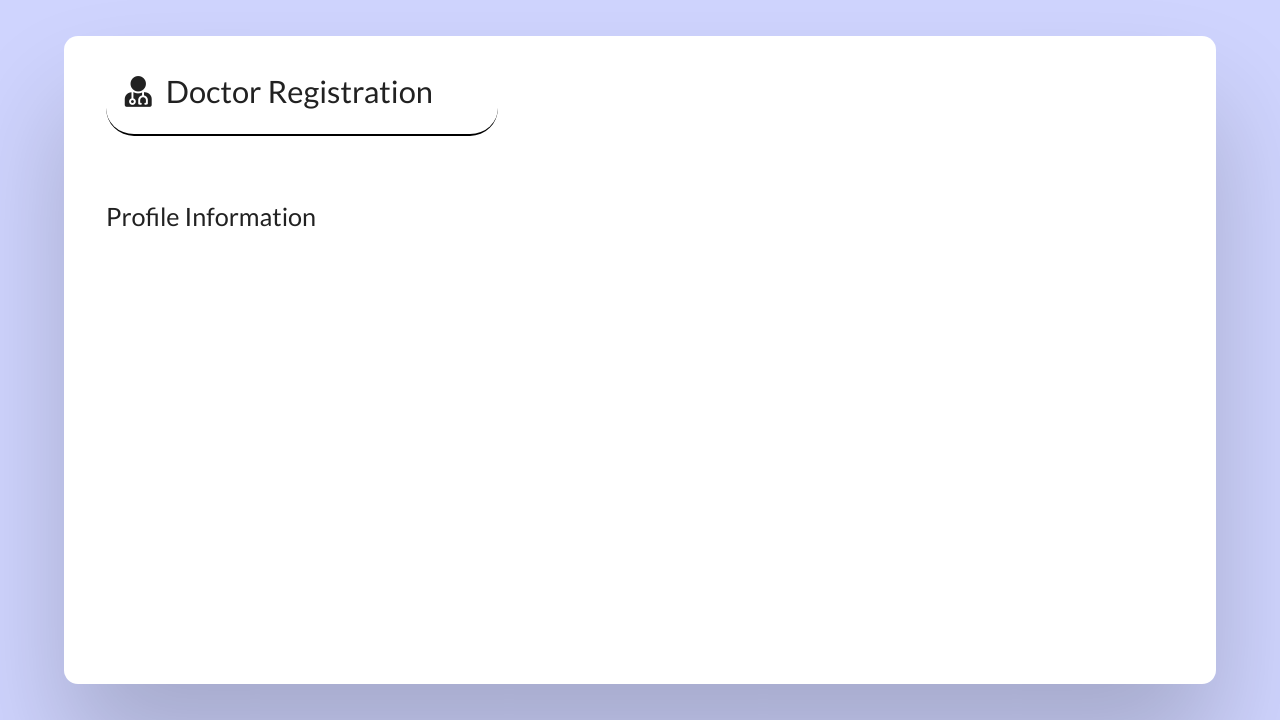
Repository: ajayaj2001/healthcare-digitization
Page: /doctorRegister
An editor plug-in stored every save of this project. The page is shown before and after the next save, followed by the edit.
The browser window is 1280 px wide. The pictures show the whole page.
The project was rebuilt for these pictures with package versions that can differ from the ones it lists, and the page was loaded fresh each time. Also part of the build but not shown: src/component/userType/UserType.scss, src/component/userType/UserType.js, src/component/login/Login.scss, src/component/login/loginForm/LoginForm.scss, src/component/login/loginForm/LoginForm.js, src/component/login/Login.js, src/component/register/Register.scss, src/component/register/registerForm/RegisterForm.scss and 2 more.

Above is the page before, as saved 2021-03-13 11:28:30.

After the next save:
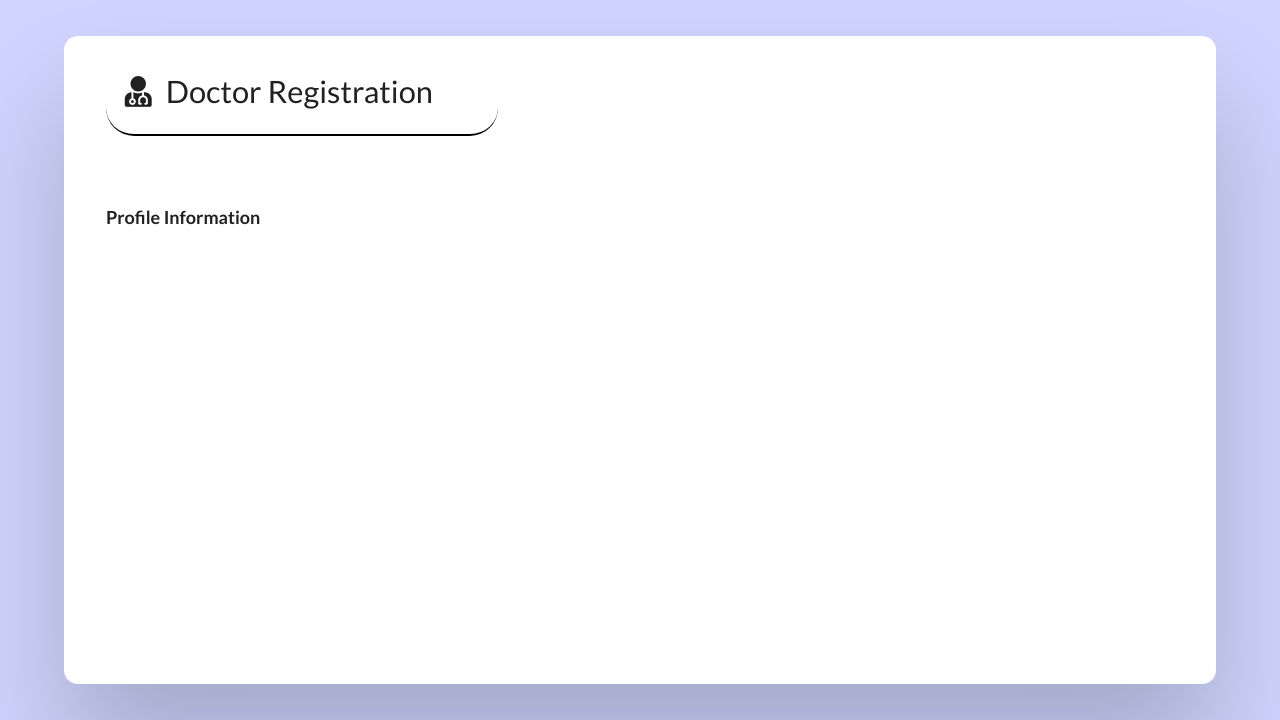
Saved 32 s later.
--- a/src/component/doctorRegister/doctorRegisterForm/DoctorRegisterForm.js
+++ b/src/component/doctorRegister/doctorRegisterForm/DoctorRegisterForm.js
@@ -3,7 +3,7 @@ import './DoctorRegisterForm.scss'
 const DoctorRegisterForm = () => {
     return (
         <div className="doctorRegisterForm">
-            <div className="doctorRegisterForm__heading">Profile Information</div>
+            <div className="doctorRegisterForm__heading"><h3>Profile Information</h3></div>
         </div>
     )
 }
